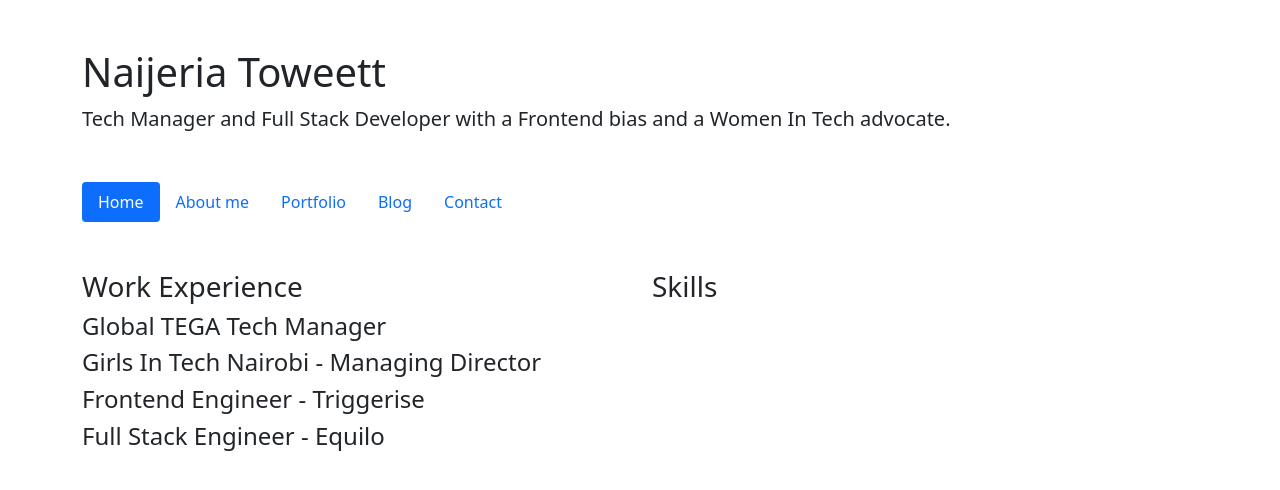
Repository: mamatechafrica/portfolio
Page: index.html
These files come from the project's save history. The page is drawn as it stood at one moment and after the next save; the edit follows.
The browser window is 1280 px wide. The pictures show the whole page.

Above is the page before, as saved 2022-01-04 13:59:16.

After the next save:
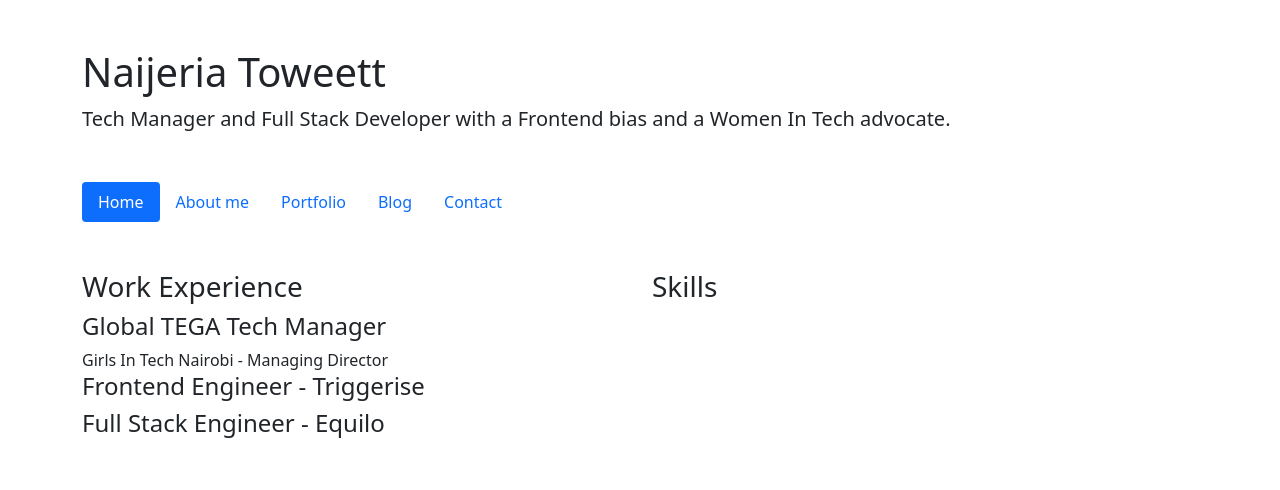
Saved 5 s later.
--- a/index.html
+++ b/index.html
@@ -45,7 +45,7 @@
                 <div class="col">
                     <h3>Work Experience</h3>
                     <h4>Global TEGA Tech Manager</h4>
-
+                    <sting
                     <h4>Girls In Tech Nairobi - Managing Director</h4>
                     <h4>Frontend Engineer - Triggerise</h4>
                     <h4>Full Stack Engineer - Equilo</h4>

After the 2 saves that followed:
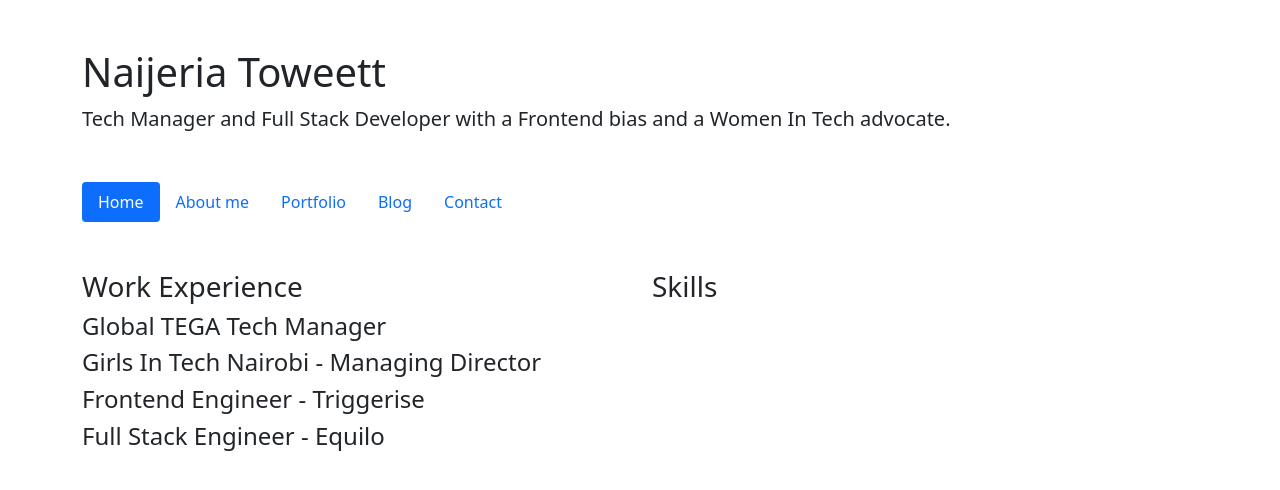
The 2 saves are shown as one change because they came seconds apart.
The last was saved 7 s later.
--- a/index.html
+++ b/index.html
@@ -45,7 +45,7 @@
                 <div class="col">
                     <h3>Work Experience</h3>
                     <h4>Global TEGA Tech Manager</h4>
-                    <sting
+                    <strong></strong>
                     <h4>Girls In Tech Nairobi - Managing Director</h4>
                     <h4>Frontend Engineer - Triggerise</h4>
                     <h4>Full Stack Engineer - Equilo</h4>
